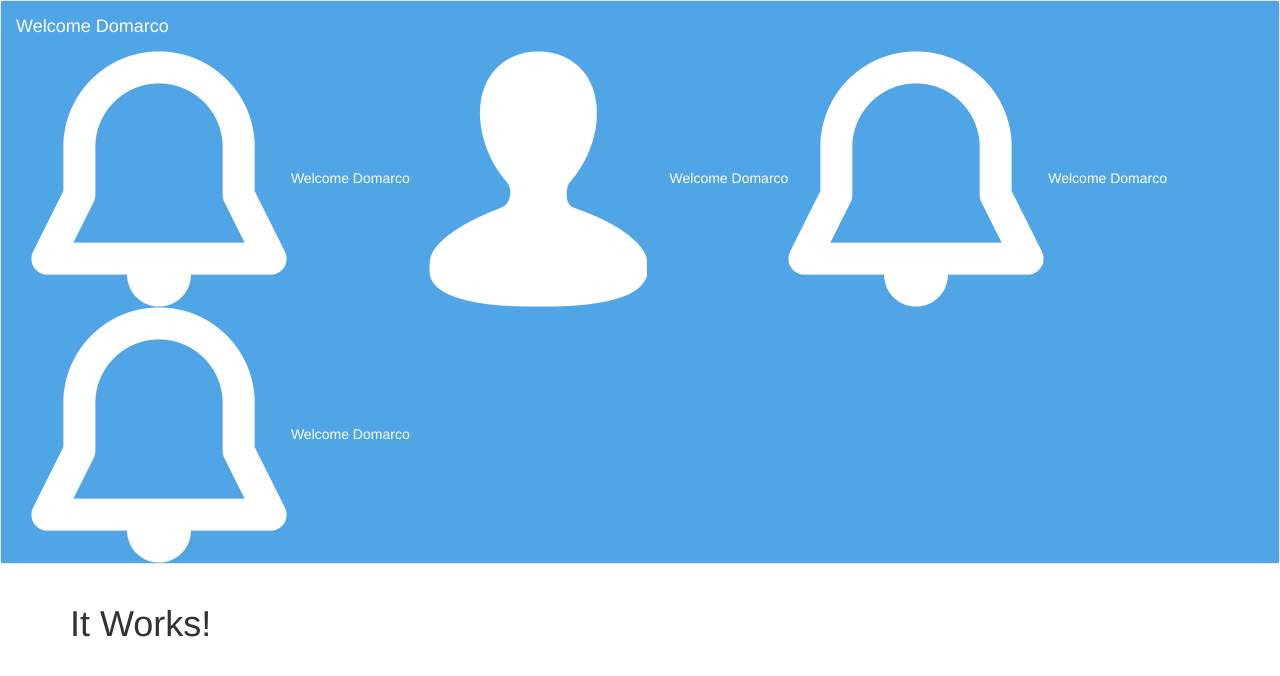
Repository: PrestasiBengis/PBO2-FinalProject
Page: http://localhost/FinalProject_-_Sistem_SKKM/MainFrame.jsp
These files come from the project's save history. The page is drawn as it stood at one moment and after the next save; the edit follows.
The browser window is 1280 px wide. The pictures show the whole page.
The page is served by Tomcat 9.

Above is the page before, as saved 2015-05-22 10:29:36.

After the next save:
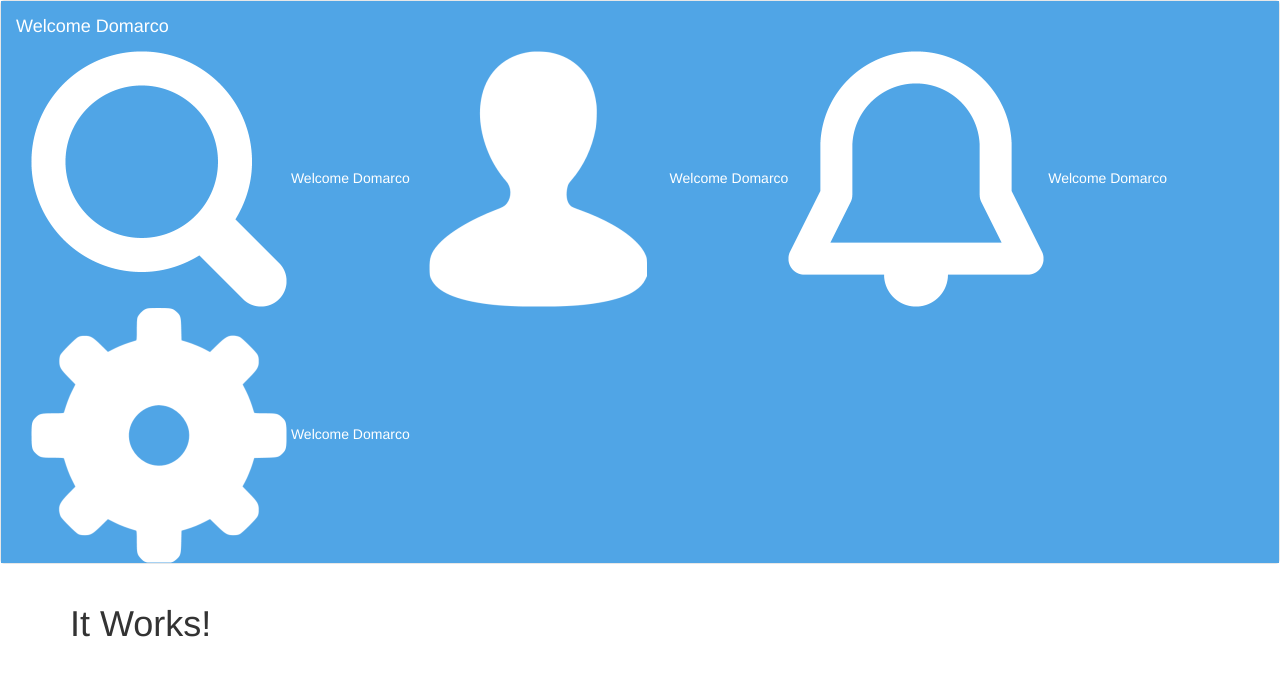
Saved 51 s later.
--- a/FinalProject - Sistem SKKM/WebContent/MainFrame.jsp
+++ b/FinalProject - Sistem SKKM/WebContent/MainFrame.jsp
@@ -61,7 +61,7 @@
 			<div class="collapse navbar-collapse" id="bs-example-navbar-collapse-1" >
 			  <ul class="nav navbar-nav navbar-right" >
 				<li>
-					<img src="./icon/bell.png"> Welcome Domarco
+					<img src="./icon/search.png"> Welcome Domarco
 				</li>
 				<li class="active">
 					<img src="./icon/contacts.png"> Welcome Domarco
@@ -70,7 +70,7 @@
 					<img src="./icon/bell.png"> Welcome Domarco
 				</li>
 				<li>
-					<img src="./icon/bell.png"> Welcome Domarco
+					<img src="./icon/gear.png"> Welcome Domarco
 				</li>
 			  </ul>
 			</div><!-- /.navbar-collapse -->
